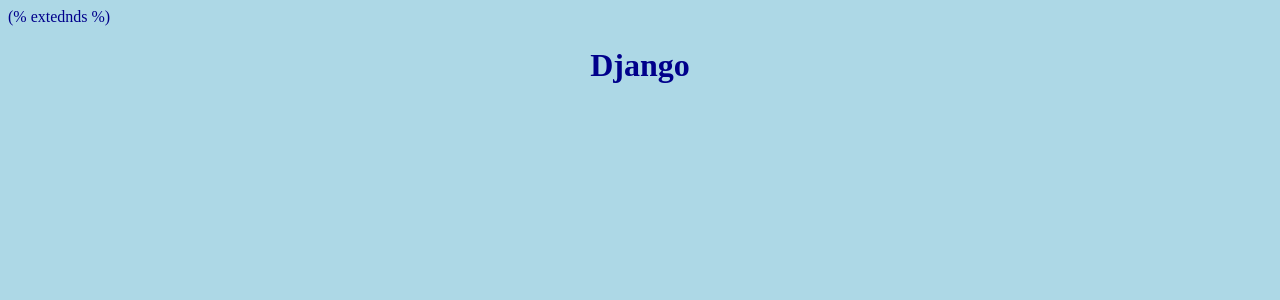
Repository: Trishna2005Das/Django-tutorial
Page: http://localhost/
These files come from the project's save history. The page is drawn as it stood at one moment and after the next save; the edit follows.
The browser window is 1280 px wide. The pictures show the whole page.
The page is served by the project's application, run on Django 5.2 (tutorial/manage.py).

Above is the page before, as saved 2025-01-10 01:12:15.

After the next save:
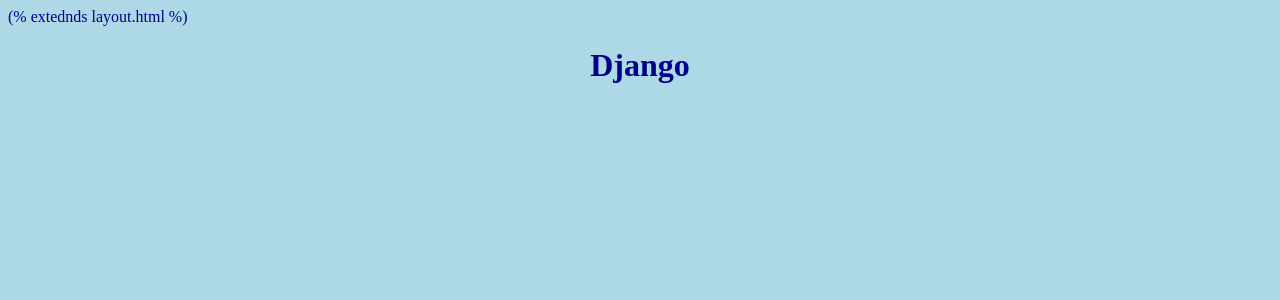
Saved 5 s later.
--- a/tutorial/templates/website/index.html
+++ b/tutorial/templates/website/index.html
@@ -1,5 +1,5 @@
 {% load static %}
-(% extednds %)
+(% extednds layout.html %)
 <!DOCTYPE html>
 <html lang="en">
 <head>
